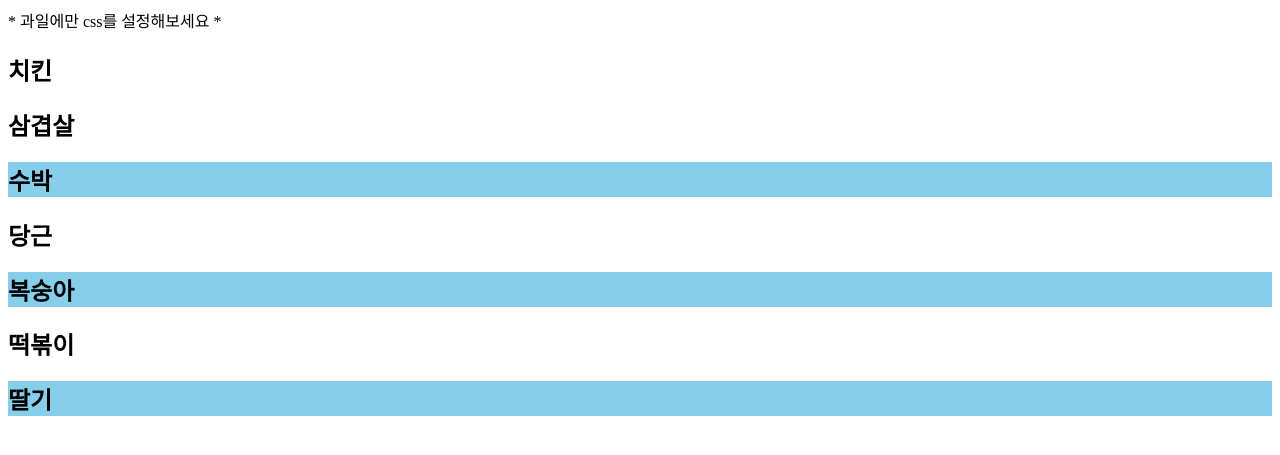
Repository: hminah0215/bitcamp
Page: http://localhost/day0218/exam01/ex04.jsp
The author's editor kept a copy of each file at every save. The page is drawn from the files as they stood at one save, then again after the next save.
The browser window is 1280 px wide. The pictures show the whole page.
The page is served by Tomcat 9.

Above is the page before, as saved 2020-02-18 00:56:30.

After the next save:
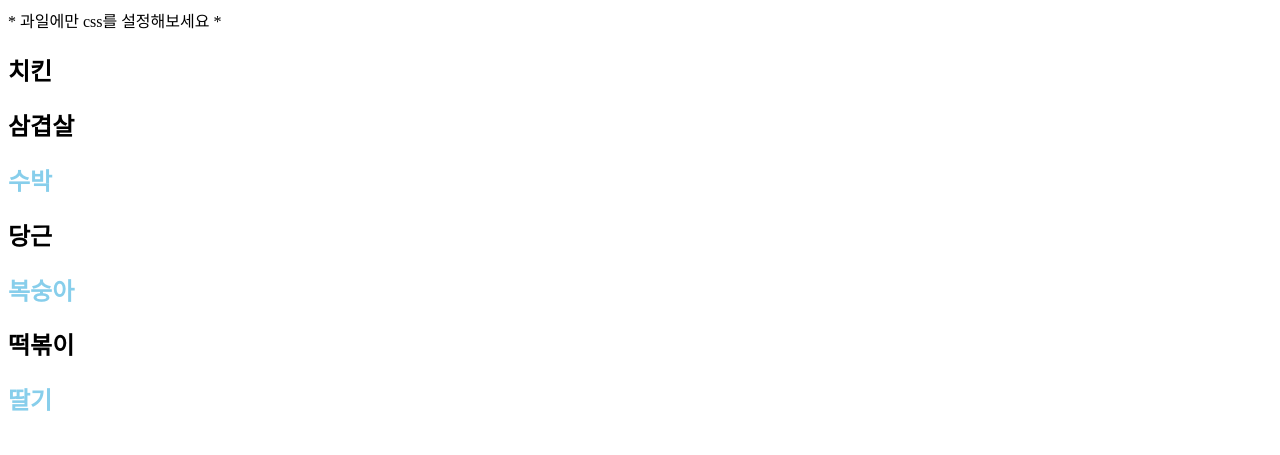
Saved 41 s later.
--- a/save_eclipse/day0218/WebContent/exam01/ex04.jsp
+++ b/save_eclipse/day0218/WebContent/exam01/ex04.jsp
@@ -7,7 +7,7 @@
 <title>Insert title here</title>
 <style type="text/css">
 	.fruit{
-		background: skyblue;
+		color: skyblue;
 	}
 </style>
 </head>
